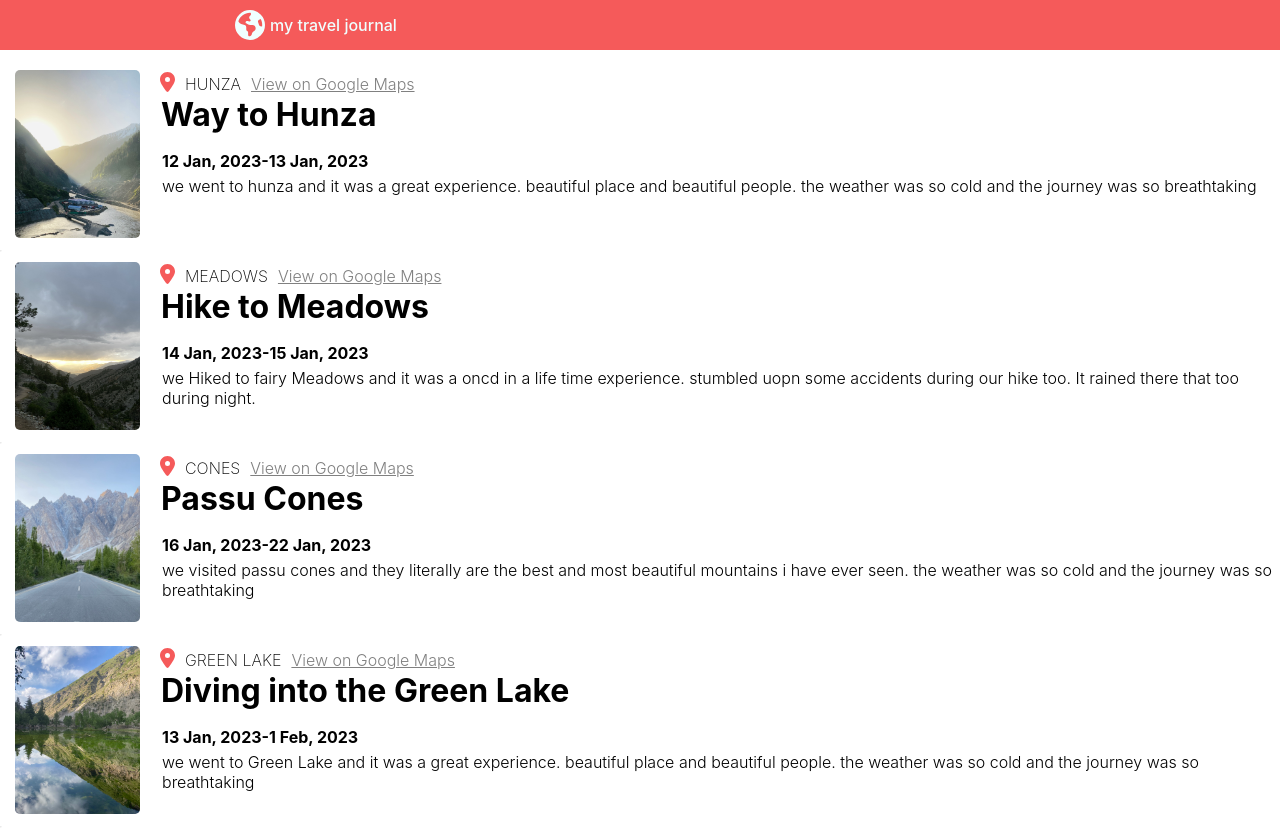
Repository: mortiestmorty1/travel-journal
Page: /
An editor plug-in stored every save of this project. The page is shown before and after the next save, followed by the edit.
The browser window is 1280 px wide. The pictures show the whole page.
The project was rebuilt for these pictures with package versions that can differ from the ones it lists, and the page was loaded fresh each time.

Above is the page before, as saved 2024-01-17 15:55:32.

After the next save:
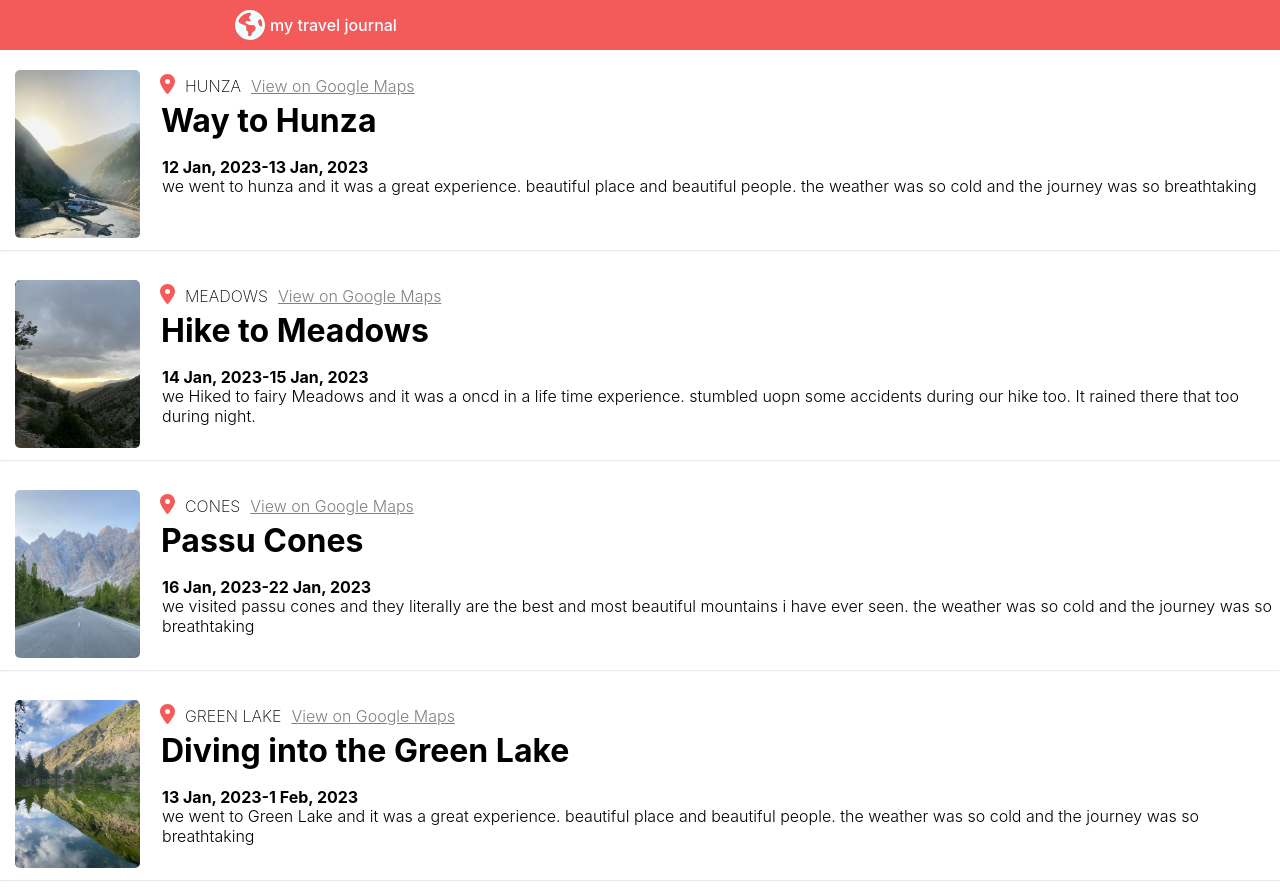
Saved 5 s later.
--- a/src/App.css
+++ b/src/App.css
@@ -78,5 +78,5 @@
 }
 .content-container hr{
   opacity: 20%;
-  position: absolute;
+
 }
